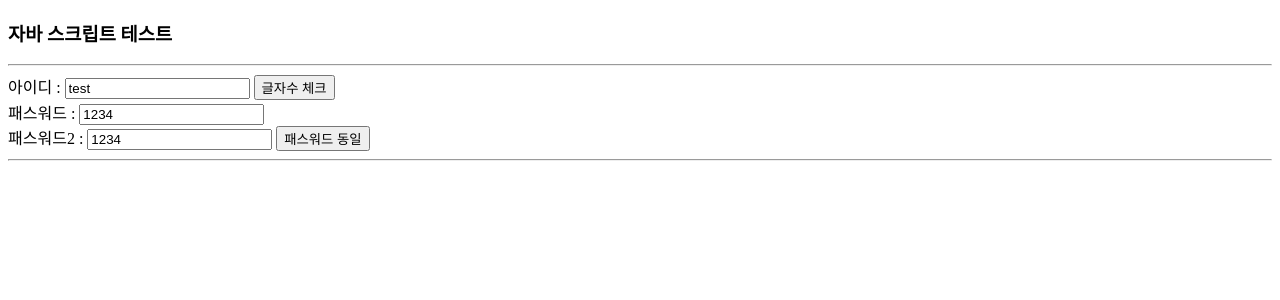
Repository: songhyeonjun/java
Page: http://localhost/spring05/js1.jsp
An editor plug-in stored every save of this project. The page is shown before and after the next save, followed by the edit.
The browser window is 1280 px wide. The pictures show the whole page.
After loading, the first visible `button[onclick="pwCheck()"]` was clicked once.
The page is served by Tomcat 9.

Above is the page before, as saved 2022-02-17 02:50:25.

After the next save:
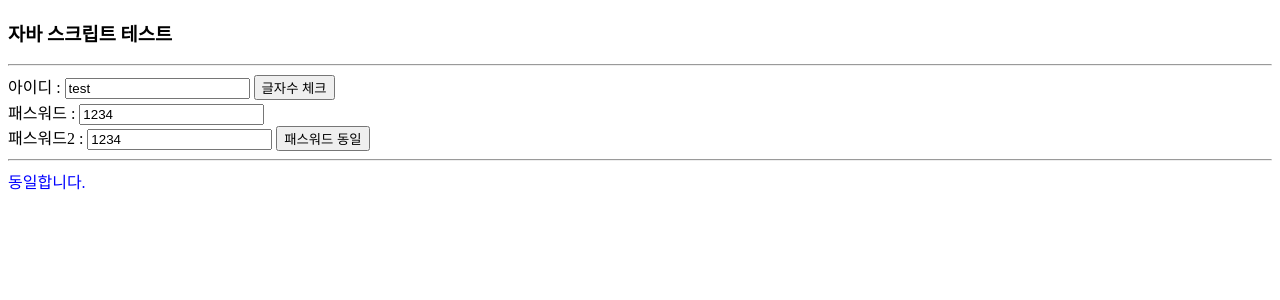
Saved 5 s later.
--- a/spring05/src/main/webapp/js1.jsp
+++ b/spring05/src/main/webapp/js1.jsp
@@ -34,7 +34,7 @@ function pwCheck() {
 	text = "";
 	if(pw1Value == pw2Value) {
 		console.log("일치");
-		text = "<span style='color:blue;'></span>"
+		text = "<span style='color:blue;'>동일합니다.</span>"
 	}
 	else {
 		console.log("불일치");
